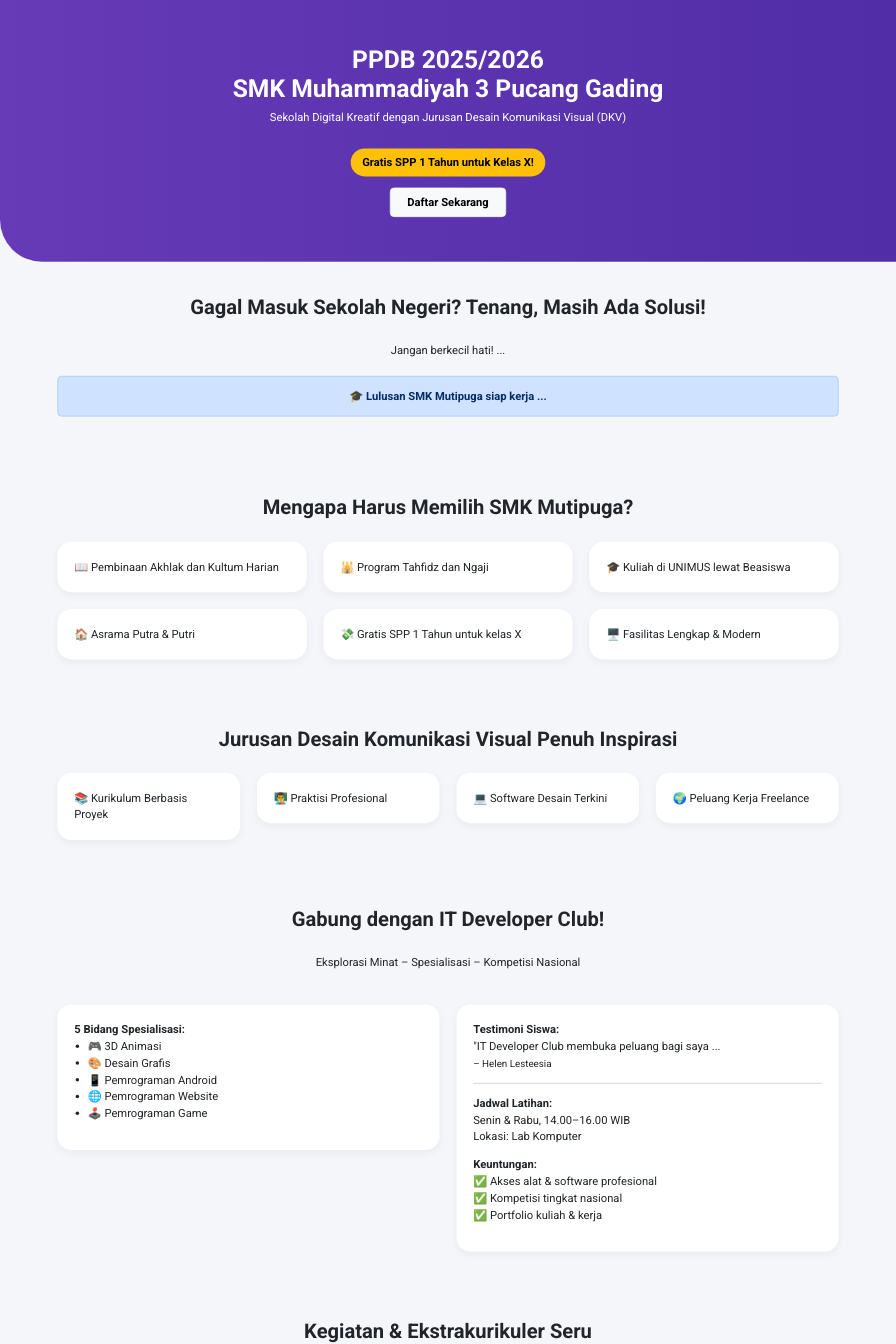
Repository: ppdbsmkmutipuga/ppdbsmkmutipuga.github.io
Page: index.html
The author's editor kept a copy of each file at every save. The page is drawn from the files as they stood at one save, then again after the next save.
The browser window is 1280 px wide. The pictures show the part of the page from y = 0 to 1920 px (the page is 2705 px tall), at 70% of full size.

Above is the page before, as saved 2025-06-29 02:43:39.
Not found: main.js

### index.html
<!DOCTYPE html>
<html lang="id">

<head>
    <meta charset="UTF-8" />
    <meta name="viewport" content="width=device-width, initial-scale=1.0" />
    <meta name="description"
        content="PPDB SMK Muhammadiyah 3 Pucang Gading - Sekolah Digital Kreatif Jurusan DKV. Gratis SPP 1 tahun untuk kelas X!" />
    <meta name="keywords"
        content="PPDB, SMK Muhammadiyah, DKV, Sekolah Digital, Gratis SPP, Ekstrakurikuler, IT Developer Club" />
    <meta name="author" content="SMK Mutipuga" />
    <title>PPDB SMK Mutipuga 2025/2026</title>
    <link href="https://fonts.googleapis.com/css2?family=Roboto:wght@400;700&display=swap" rel="stylesheet">
    <link href="https://cdn.jsdelivr.net/npm/bootstrap@5.3.3/dist/css/bootstrap.min.css" rel="stylesheet">
    <link rel="stylesheet" href="style.css">
</head>

<body>
    <header class="hero">
        <h1>PPDB 2025/2026<br>SMK Muhammadiyah 3 Pucang Gading</h1>
        <p>Sekolah Digital Kreatif dengan Jurusan Desain Komunikasi Visual (DKV)</p>
        <div class="highlight-badge">Gratis SPP 1 Tahun untuk Kelas X!</div><br>
        <a href="#pendaftaran" class="btn btn-light mt-3 fw-bold px-4 py-2">Daftar Sekarang</a>
    </header>

    <section class="container py-5">
        <h2 class="section-title">Gagal Masuk Sekolah Negeri? Tenang, Masih Ada Solusi!</h2>
        <p class="text-center">Jangan berkecil hati! ...</p>
        <div class="alert alert-primary mt-4 text-center fw-semibold">
            🎓 Lulusan SMK Mutipuga siap kerja ...
        </div>
    </section>

    <section class="container py-5">
        <h2 class="section-title">Mengapa Harus Memilih SMK Mutipuga?</h2>
        <div class="row g-4">
            <div class="col-md-4">
                <div class="card-custom">📖 Pembinaan Akhlak dan Kultum Harian</div>
            </div>
            <div class="col-md-4">
                <div class="card-custom">🕌 Program Tahfidz dan Ngaji</div>
            </div>
            <div class="col-md-4">
                <div class="card-custom">🎓 Kuliah di UNIMUS lewat Beasiswa</div>
            </div>
            <div class="col-md-4">
                <div class="card-custom">🏠 Asrama Putra & Putri</div>
            </div>
            <div class="col-md-4">
                <div class="card-custom">💸 Gratis SPP 1 Tahun untuk kelas X</div>
            </div>
            <div class="col-md-4">
                <div class="card-custom">🖥️ Fasilitas Lengkap & Modern</div>
            </div>
        </div>
    </section>

    <section class="container py-5">
        <h2 class="section-title">Jurusan Desain Komunikasi Visual Penuh Inspirasi</h2>
        <div class="row g-4">
            <div class="col-md-3">
                <div class="card-custom">📚 Kurikulum Berbasis Proyek</div>
            </div>
            <div class="col-md-3">
                <div class="card-custom">👨‍🏫 Praktisi Profesional</div>
            </div>
            <div class="col-md-3">
                <div class="card-custom">💻 Software Desain Terkini</div>
            </div>
            <div class="col-md-3">
                <div class="card-custom">🌍 Peluang Kerja Freelance</div>
            </div>
        </div>
    </section>

    <section class="container py-5">
        <h2 class="section-title">Gabung dengan IT Developer Club!</h2>
        <p class="text-center">Eksplorasi Minat – Spesialisasi – Kompetisi Nasional</p>
        <div class="row g-4 mt-4">
            <div class="col-md-6">
                <div class="card-custom">
                    <strong>5 Bidang Spesialisasi:</strong>
                    <ul>
                        <li>🎮 3D Animasi</li>
                        <li>🎨 Desain Grafis</li>
                        <li>📱 Pemrograman Android</li>
                        <li>🌐 Pemrograman Website</li>
                        <li>🕹️ Pemrograman Game</li>
                    </ul>
                </div>
            </div>
            <div class="col-md-6">
                <div class="card-custom">
                    <strong>Testimoni Siswa:</strong>
                    <blockquote>"IT Developer Club membuka peluang bagi saya ...<br><small>– Helen Lesteesia</small>
                    </blockquote>
                    <hr>
                    <p><strong>Jadwal Latihan:</strong><br>Senin & Rabu, 14.00–16.00 WIB<br>Lokasi: Lab Komputer</p>
                    <p><strong>Keuntungan:</strong><br>
                        ✅ Akses alat & software profesional<br>
                        ✅ Kompetisi tingkat nasional<br>
                        ✅ Portfolio kuliah & kerja</p>
                </div>
            </div>
        </div>
    </section>

    <section class="container py-5">
        <h2 class="section-title">Kegiatan & Ekstrakurikuler Seru</h2>
        <div class="row g-4">
            <div class="col-md-3">
                <div class="card-custom">💻 Coding di Lab</div>
            </div>
            <div class="col-md-3">
                <div class="card-custom">🖌️ Desain Grafis</div>
            </div>
            <div class="col-md-3">
                <div class="card-custom">📖 Ngaji Bersama</div>
            </div>
            <div class="col-md-3">
                <div class="card-custom">🏅 Tapak Suci, Futsal & Seni</div>
            </div>
        </div>
    </section>

    <section id="pendaftaran" class="container py-5">
        <h2 class="section-title">Informasi Pendaftaran</h2>
        <div class="row g-4">
            <div class="col-md-6">
                <div class="card-custom">
                    <strong>Syarat Pendaftaran:</strong>
                    <ul>
                        <li>📝 Mengisi Formulir</li>
                        <li>📄 Fotokopi Ijazah / SKL</li>
                        <li>📁 Fotokopi KK, KTP Ortu, Akta</li>
                        <li>🖼️ Pas Foto 3x4 (4 lembar)</li>
                    </ul>
                    <p><strong>Jadwal:</strong><br>Gelombang 1: Jan–Mar 2025<br>Gelombang 2: Apr–Jun 2025</p>
                    <div class="highlight-badge mt-3">Promo: Gratis SPP 1 Tahun*</div>
                </div>
            </div>
            <div class="col-md-6">
                <div class="card-custom">
                    <strong>Biaya & Kontak:</strong>
                    <ul class="mb-2">
                        <li>💳 Seragam: Rp1.000.000,-</li>
                        <li>📚 SPP Kelas XI & XII: Rp100.000,- / bulan</li>
                        <li>🏫 Wakaf Gelombang 1: Rp500.000,-</li>
                        <li>🧪 Praktikum: Rp65.000,- / bulan</li>
                    </ul>
                    <hr>
                    <p>📱 WhatsApp: 081325977099<br>
                        ✉️ Email: smkmuh3puding@gmail.com<br>
                        📍 Alamat: Jl. Pucang Gading Raya, Batursari</p>
                </div>
            </div>
        </div>
        <p class="text-center mt-3"><small>*Syarat & ketentuan berlaku</small></p>
    </section>

    <footer class="footer">
        &copy; 2025 SMK Muhammadiyah 3 Pucang Gading. All Rights Reserved.
    </footer>

    <script src="https://cdn.jsdelivr.net/npm/bootstrap@5.3.3/dist/js/bootstrap.bundle.min.js"></script>
    <script src="main.js"></script>
    <!-- Scroll to Top Button -->
<button id="scrollTopBtn" title="Kembali ke atas">↑</button>
</body>

</html>

### style.css
body {
    font-family: 'Roboto', sans-serif;
    background: #f5f6fa;
}

.hero {
    background: linear-gradient(to right, #673ab7, #512da8);
    color: white;
    padding: 4rem 2rem;
    border-bottom-left-radius: 60px;
    text-align: center;
}

.hero h1 {
    font-weight: 700;
    font-size: 2.2rem;
}

.highlight-badge {
    background-color: #ffc107;
    padding: 0.5rem 1rem;
    border-radius: 50px;
    color: #000;
    font-weight: bold;
    display: inline-block;
    margin-top: 1rem;
}

.section-title {
    text-align: center;
    font-weight: 700;
    font-size: 1.8rem;
    margin-bottom: 2rem;
}

.card-custom {
    border: none;
    border-radius: 20px;
    box-shadow: 0 4px 12px rgba(0, 0, 0, 0.05);
    padding: 1.5rem;
    background: #fff;
}

.footer {
    background-color: #512da8;
    color: white;
    padding: 2rem;
    text-align: center;
    border-top-left-radius: 60px;
}

ul {
    padding-left: 1.2rem;
}

#scrollTopBtn {
    display: none;
    position: fixed;
    bottom: 40px;
    right: 20px;
    z-index: 99;
    font-size: 18px;
    background-color: #512da8;
    color: white;
    border: none;
    padding: 12px 16px;
    border-radius: 50%;
    cursor: pointer;
    box-shadow: 0 2px 6px rgba(0, 0, 0, 0.3);
    transition: background-color 0.3s ease;
}

#scrollTopBtn:hover {
    background-color: #311b92;
}

.fade-in {
    opacity: 0;
    transform: translateY(30px);
    transition: opacity 0.8s ease-out, transform 0.8s ease-out;
}

.fade-in.show {
    opacity: 1;
    transform: translateY(0);
}

After the next save:
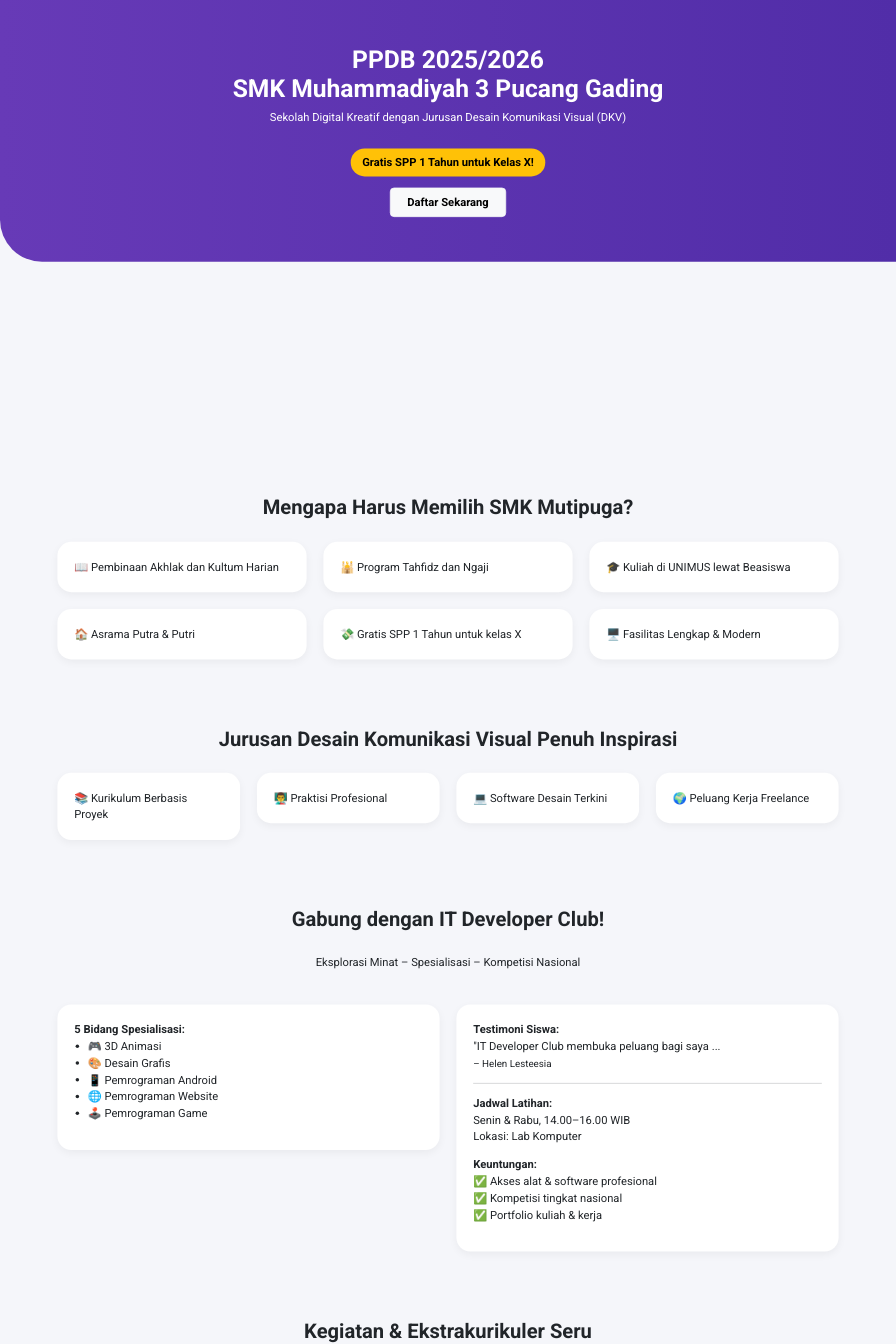
Saved 44 s later.
--- a/index.html
+++ b/index.html
@@ -23,7 +23,7 @@
         <a href="#pendaftaran" class="btn btn-light mt-3 fw-bold px-4 py-2">Daftar Sekarang</a>
     </header>
 
-    <section class="container py-5">
+    <section class="container py-5 fade-in">
         <h2 class="section-title">Gagal Masuk Sekolah Negeri? Tenang, Masih Ada Solusi!</h2>
         <p class="text-center">Jangan berkecil hati! ...</p>
         <div class="alert alert-primary mt-4 text-center fw-semibold">
